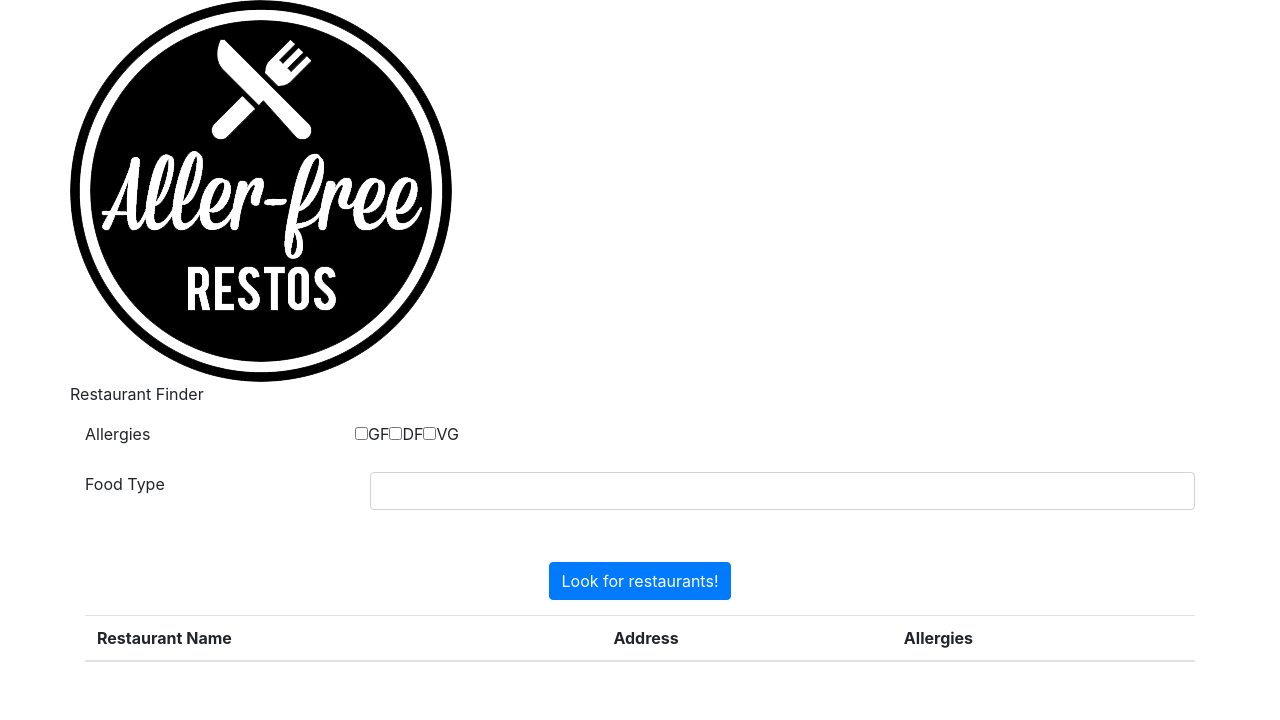
Repository: KobeRox/Loremips
Page: index.html
An editor plug-in stored every save of this project. The page is shown before and after the next save, followed by the edit.
The browser window is 1280 px wide. The pictures show the whole page.
Some web libraries are served in a nearby version.

Above is the page before, as saved 2019-09-08 16:31:36.
Console error: TypeError: Cannot read properties of undefined (reading 'fn')

### index.html
<html>

<head>
    <link rel="stylesheet" src="style.css">
    <link rel="stylesheet" href="https://stackpath.bootstrapcdn.com/bootstrap/4.3.1/css/bootstrap.min.css"
        integrity="sha384-ggOyR0iXCbMQv3Xipma34MD+dH/1fQ784/j6cY/iJTQUOhcWr7x9JvoRxT2MZw1T" crossorigin="anonymous">
    <script src="https://stackpath.bootstrapcdn.com/bootstrap/4.3.1/js/bootstrap.min.js"
        integrity="sha384-JjSmVgyd0p3pXB1rRibZUAYoIIy6OrQ6VrjIEaFf/nJGzIxFDsf4x0xIM+B07jRM"
        crossorigin="anonymous"></script>
    <script src="https://ajax.googleapis.com/ajax/libs/jquery/3.4.1/jquery.min.js"></script>
    <script src="https://code.jquery.com/ui/1.12.1/jquery-ui.min.js"></script>
    <script src="zomato_cuisines.js"></script>
    <script src="zomato_restaurants.js"></script>
    <script src="contractResponse.js"></script>
    <script src="convertDataToHtml.js"></script>
    <script type="text/javascript" charset="utf-8">

        $(document).ready(function () {
            $("#searchbar").autocomplete({
                minLength: 0,
                source: get_cuisineList(),
                focus: function (event, ui) {
                    $("#searchbar").val(ui.item.label);
                    return false;
                },
                select: function (event, ui) {
                    $("#searchbar").val(ui.item.label);
                    return false;
                }
            })

            $("#clicking").click(function () {
                var search = $('#searchbar').val();
                console.log(search)
                var c_list = get_cuisineList();
                console.log(c_list);
                var c_id = get_cuisineId(search);
                console.log(c_id);
                get_restaurants(c_id, function (data) {
                    console.log(data);
                    convertDataToHtml(data);
                });
            });
        });
    </script>
</head>

<body>
    <div class="container">
        <div class="panel-heading">
            <div class="row">
				<div class="col-xs-12">
					<img src="allerfreerestos_logo.png">
				</div>
            </div>
        </div>
        <div class="panel-body">

            <div class="row" style="text-align: center;">
                <p>Restaurant Finder</p>
            </div>
            <div class="row" style="margin-bottom: 10px;">
                <div class="col-xs-3 col-md-3">
                    <p>Allergies</p>
                </div>
                <div class=" col-xs-3 checkbox" style="margin-top: 0px !important">
                    <label>
                        <input type="checkbox" value="apple">GF
                    </label>
                </div>
                <div class=" col-xs-3 checkbox">
                    <label>
                        <input type="checkbox" value="pear">DF
                    </label>
                </div>
                <div class=" col-xs-3 checkbox">
                    <label>
                        <input type="checkbox" value="orange">VG
                    </label>
                </div>
            </div>


            <div class="row" style="margin-bottom: 50px;">
                <div class="col-xs-3 col-md-3">
                    <p>Food Type</p>
                </div>


                <div class="col-xs-9 col-md-9">
                    <input type="text" class="form-control" id='searchbar'>
                </div>

            </div>
            <div class="row" style="text-align: center;">
                <div class="col-xs-12 col-md-12">
                    <button type="button" class="btn btn-primary" style="margin-bottom: 15px;" id="clicking">Look
                        for restaurants!</button>
                </div>
            </div>
        </div>

        <div class="row">
            <div class="col-xs-12 col-md-12">
                <table class="table">
                    <thead>
                        <tr>
                            <th scope="col">Restaurant Name</th>
                            <th scope="col">Address</th>
                            <th scope="col">Allergies</th>
                        </tr>
                    <tbody id="restoResults">

                    </tbody>
                    </thead>
                </table>
            </div>


        </div>
        <!-- <div class="panel-footer"></div> -->
    </div>


</body>

</html>

### zomato_cuisines.js
function get_cuisineId(name){

	for(var i=0; i<list_cuisine.length; i++){
		if (list_cuisine[i]["cuisine"]["cuisine_name"] == name)
			return list_cuisine[i]["cuisine"]["cuisine_id"];
	}
}

function get_cuisineList(){
	var cuisine_names= [];
	for(var i=0; i<6; i++){
		cuisine_names.push(list_cuisine[i]["cuisine"]["cuisine_name"]);
	}
	return cuisine_names;
}
var  list_cuisine = [
        {
            "cuisine": {
                "cuisine_id": 6,
                "cuisine_name": "Afghani"
            }
        },
        {
            "cuisine": {
                "cuisine_id": 152,
                "cuisine_name": "African"
            }
        },
        {
            "cuisine": {
                "cuisine_id": 1,
                "cuisine_name": "American"
            }
        },
        {
            "cuisine": {
                "cuisine_id": 4,
                "cuisine_name": "Arabian"
            }
        },
        {
            "cuisine": {
                "cuisine_id": 151,
                "cuisine_name": "Argentine"
            }
        },
        {
            "cuisine": {
                "cuisine_id": 3,
                "cuisine_name": "Asian"
            }
        },
        {
            "cuisine": {
                "cuisine_id": 401,
                "cuisine_name": "Asian Fusion"
            }
        },
        {
            "cuisine": {
                "cuisine_id": 193,
                "cuisine_name": "BBQ"
            }
        },
        {
            "cuisine": {
                "cuisine_id": 5,
                "cuisine_name": "Bakery"
            }
        },
        {
            "cuisine": {
                "cuisine_id": 227,
                "cuisine_name": "Bar Food"
            }
        },
        {
            "cuisine": {
                "cuisine_id": 132,
                "cuisine_name": "Belgian"
            }
        },
        {
            "cuisine": {
                "cuisine_id": 270,
                "cuisine_name": "Beverages"
            }
        },
        {
            "cuisine": {
                "cuisine_id": 159,
                "cuisine_name": "Brazilian"
            }
        },
        {
            "cuisine": {
                "cuisine_id": 133,
                "cuisine_name": "British"
            }
        },
        {
            "cuisine": {
                "cuisine_id": 247,
                "cuisine_name": "Bubble Tea"
            }
        },
        {
            "cuisine": {
                "cuisine_id": 168,
                "cuisine_name": "Burger"
            }
        },
        {
            "cuisine": {
                "cuisine_id": 1039,
                "cuisine_name": "Cafe Food"
            }
        },
        {
            "cuisine": {
                "cuisine_id": 111,
                "cuisine_name": "Cambodian"
            }
        },
        {
            "cuisine": {
                "cuisine_id": 121,
                "cuisine_name": "Cantonese"
            }
        },
        {
            "cuisine": {
                "cuisine_id": 994,
                "cuisine_name": "Charcoal Chicken"
            }
        },
        {
            "cuisine": {
                "cuisine_id": 25,
                "cuisine_name": "Chinese"
            }
        },
        {
            "cuisine": {
                "cuisine_id": 161,
                "cuisine_name": "Coffee and Tea"
            }
        },
        {
            "cuisine": {
                "cuisine_id": 287,
                "cuisine_name": "Colombian"
            }
        },
        {
            "cuisine": {
                "cuisine_id": 144,
                "cuisine_name": "Contemporary"
            }
        },
        {
            "cuisine": {
                "cuisine_id": 35,
                "cuisine_name": "Continental"
            }
        },
        {
            "cuisine": {
                "cuisine_id": 928,
                "cuisine_name": "Creole"
            }
        },
        {
            "cuisine": {
                "cuisine_id": 881,
                "cuisine_name": "Crepes"
            }
        },
        {
            "cuisine": {
                "cuisine_id": 192,
                "cuisine_name": "Deli"
            }
        },
        {
            "cuisine": {
                "cuisine_id": 100,
                "cuisine_name": "Desserts"
            }
        },
        {
            "cuisine": {
                "cuisine_id": 268,
                "cuisine_name": "Drinks Only"
            }
        },
        {
            "cuisine": {
                "cuisine_id": 985,
                "cuisine_name": "Dumplings"
            }
        },
        {
            "cuisine": {
                "cuisine_id": 38,
                "cuisine_name": "European"
            }
        },
        {
            "cuisine": {
                "cuisine_id": 571,
                "cuisine_name": "Falafel"
            }
        },
        {
            "cuisine": {
                "cuisine_id": 40,
                "cuisine_name": "Fast Food"
            }
        },
        {
            "cuisine": {
                "cuisine_id": 1006,
                "cuisine_name": "Fijian"
            }
        },
        {
            "cuisine": {
                "cuisine_id": 112,
                "cuisine_name": "Filipino"
            }
        },
        {
            "cuisine": {
                "cuisine_id": 271,
                "cuisine_name": "Finger Food"
            }
        },
        {
            "cuisine": {
                "cuisine_id": 298,
                "cuisine_name": "Fish and Chips"
            }
        },
        {
            "cuisine": {
                "cuisine_id": 45,
                "cuisine_name": "French"
            }
        },
        {
            "cuisine": {
                "cuisine_id": 1025,
                "cuisine_name": "Fried Chicken"
            }
        },
        {
            "cuisine": {
                "cuisine_id": 501,
                "cuisine_name": "Frozen Yogurt"
            }
        },
        {
            "cuisine": {
                "cuisine_id": 274,
                "cuisine_name": "Fusion"
            }
        },
        {
            "cuisine": {
                "cuisine_id": 134,
                "cuisine_name": "German"
            }
        },
        {
            "cuisine": {
                "cuisine_id": 156,
                "cuisine_name": "Greek"
            }
        },
        {
            "cuisine": {
                "cuisine_id": 181,
                "cuisine_name": "Grill"
            }
        },
        {
            "cuisine": {
                "cuisine_id": 521,
                "cuisine_name": "Hawaiian"
            }
        },
        {
            "cuisine": {
                "cuisine_id": 143,
                "cuisine_name": "Healthy Food"
            }
        },
        {
            "cuisine": {
                "cuisine_id": 1022,
                "cuisine_name": "Hot Pot"
            }
        },
        {
            "cuisine": {
                "cuisine_id": 228,
                "cuisine_name": "Hungarian"
            }
        },
        {
            "cuisine": {
                "cuisine_id": 233,
                "cuisine_name": "Ice Cream"
            }
        },
        {
            "cuisine": {
                "cuisine_id": 148,
                "cuisine_name": "Indian"
            }
        },
        {
            "cuisine": {
                "cuisine_id": 114,
                "cuisine_name": "Indonesian"
            }
        },
        {
            "cuisine": {
                "cuisine_id": 154,
                "cuisine_name": "International"
            }
        },
        {
            "cuisine": {
                "cuisine_id": 140,
                "cuisine_name": "Iranian"
            }
        },
        {
            "cuisine": {
                "cuisine_id": 135,
                "cuisine_name": "Irish"
            }
        },
        {
            "cuisine": {
                "cuisine_id": 55,
                "cuisine_name": "Italian"
            }
        },
        {
            "cuisine": {
                "cuisine_id": 60,
                "cuisine_name": "Japanese"
            }
        },
        {
            "cuisine": {
                "cuisine_id": 265,
                "cuisine_name": "Jewish"
            }
        },
        {
            "cuisine": {
                "cuisine_id": 1042,
                "cuisine_name": "Jiangnan"
            }
        },
        {
            "cuisine": {
                "cuisine_id": 164,
                "cuisine_name": "Juices"
            }
        },
        {
            "cuisine": {
                "cuisine_id": 178,
                "cuisine_name": "Kebab"
            }
        },
        {
            "cuisine": {
                "cuisine_id": 167,
                "cuisine_name": "Kiwi"
            }
        },
        {
            "cuisine": {
                "cuisine_id": 67,
                "cuisine_name": "Korean"
            }
        },
        {
            "cuisine": {
                "cuisine_id": 1021,
                "cuisine_name": "Korean BBQ"
            }
        },
        {
            "cuisine": {
                "cuisine_id": 136,
                "cuisine_name": "Latin American"
            }
        },
        {
            "cuisine": {
                "cuisine_id": 66,
                "cuisine_name": "Lebanese"
            }
        },
        {
            "cuisine": {
                "cuisine_id": 69,
                "cuisine_name": "Malaysian"
            }
        },
        {
            "cuisine": {
                "cuisine_id": 977,
                "cuisine_name": "Meat Pie"
            }
        },
        {
            "cuisine": {
                "cuisine_id": 70,
                "cuisine_name": "Mediterranean"
            }
        },
        {
            "cuisine": {
                "cuisine_id": 73,
                "cuisine_name": "Mexican"
            }
        },
        {
            "cuisine": {
                "cuisine_id": 137,
                "cuisine_name": "Middle Eastern"
            }
        },
        {
            "cuisine": {
                "cuisine_id": 294,
                "cuisine_name": "Modern European"
            }
        },
        {
            "cuisine": {
                "cuisine_id": 1055,
                "cuisine_name": "Modern New Zealand"
            }
        },
        {
            "cuisine": {
                "cuisine_id": 74,
                "cuisine_name": "Mongolian"
            }
        },
        {
            "cuisine": {
                "cuisine_id": 147,
                "cuisine_name": "Moroccan"
            }
        },
        {
            "cuisine": {
                "cuisine_id": 117,
                "cuisine_name": "Nepalese"
            }
        },
        {
            "cuisine": {
                "cuisine_id": 50,
                "cuisine_name": "North Indian"
            }
        },
        {
            "cuisine": {
                "cuisine_id": 321,
                "cuisine_name": "Pacific"
            }
        },
        {
            "cuisine": {
                "cuisine_id": 139,
                "cuisine_name": "Pakistani"
            }
        },
        {
            "cuisine": {
                "cuisine_id": 209,
                "cuisine_name": "Pan Asian"
            }
        },
        {
            "cuisine": {
                "cuisine_id": 162,
                "cuisine_name": "Peruvian"
            }
        },
        {
            "cuisine": {
                "cuisine_id": 1020,
                "cuisine_name": "Pho"
            }
        },
        {
            "cuisine": {
                "cuisine_id": 82,
                "cuisine_name": "Pizza"
            }
        },
        {
            "cuisine": {
                "cuisine_id": 1019,
                "cuisine_name": "Poké"
            }
        },
        {
            "cuisine": {
                "cuisine_id": 87,
                "cuisine_name": "Portuguese"
            }
        },
        {
            "cuisine": {
                "cuisine_id": 983,
                "cuisine_name": "Pub Food"
            }
        },
        {
            "cuisine": {
                "cuisine_id": 320,
                "cuisine_name": "Ramen"
            }
        },
        {
            "cuisine": {
                "cuisine_id": 1033,
                "cuisine_name": "Roast"
            }
        },
        {
            "cuisine": {
                "cuisine_id": 84,
                "cuisine_name": "Russian"
            }
        },
        {
            "cuisine": {
                "cuisine_id": 998,
                "cuisine_name": "Salad"
            }
        },
        {
            "cuisine": {
                "cuisine_id": 304,
                "cuisine_name": "Sandwich"
            }
        },
        {
            "cuisine": {
                "cuisine_id": 83,
                "cuisine_name": "Seafood"
            }
        },
        {
            "cuisine": {
                "cuisine_id": 831,
                "cuisine_name": "Shanghai"
            }
        },
        {
            "cuisine": {
                "cuisine_id": 128,
                "cuisine_name": "Sichuan"
            }
        },
        {
            "cuisine": {
                "cuisine_id": 119,
                "cuisine_name": "Singaporean"
            }
        },
        {
            "cuisine": {
                "cuisine_id": 85,
                "cuisine_name": "South Indian"
            }
        },
        {
            "cuisine": {
                "cuisine_id": 89,
                "cuisine_name": "Spanish"
            }
        },
        {
            "cuisine": {
                "cuisine_id": 86,
                "cuisine_name": "Sri Lankan"
            }
        },
        {
            "cuisine": {
                "cuisine_id": 141,
                "cuisine_name": "Steak"
            }
        },
        {
            "cuisine": {
                "cuisine_id": 90,
                "cuisine_name": "Street Food"
            }
        },
        {
            "cuisine": {
                "cuisine_id": 177,
                "cuisine_name": "Sushi"
            }
        },
        {
            "cuisine": {
                "cuisine_id": 190,
                "cuisine_name": "Taiwanese"
            }
        },
        {
            "cuisine": {
                "cuisine_id": 179,
                "cuisine_name": "Tapas"
            }
        },
        {
            "cuisine": {
                "cuisine_id": 163,
                "cuisine_name": "Tea"
            }
        },
        {
            "cuisine": {
                "cuisine_id": 981,
                "cuisine_name": "Teppanyaki"
            }
        },
        {
            "cuisine": {
                "cuisine_id": 150,
                "cuisine_name": "Tex-Mex"
            }
        },
        {
            "cuisine": {
                "cuisine_id": 95,
                "cuisine_name": "Thai"
            }
        },
        {
            "cuisine": {
                "cuisine_id": 142,
                "cuisine_name": "Turkish"
            }
        },
        {
            "cuisine": {
                "cuisine_id": 1038,
                "cuisine_name": "Uyghur"
            }
        },
        {
            "cuisine": {
                "cuisine_id": 1034,
                "cuisine_name": "Vegan"
            }
        },
        {
            "cuisine": {
                "cuisine_id": 308,
                "cuisine_name": "Vegetarian"
            }
        },
        {
            "cuisine": {
                "cuisine_id": 641,
                "cuisine_name": "Venezuelan"
            }
        },
        {
            "cuisine": {
                "cuisine_id": 99,
                "cuisine_name": "Vietnamese"
            }
        },
        {
            "cuisine": {
                "cuisine_id": 978,
                "cuisine_name": "Yum Cha"
            }
        }
    ]

### zomato_restaurants.js
function get_restaurants(cuisine_id, callback) {
  $.ajax({
    url:
      "https://developers.zomato.com/api/v2.1/search?city_id=70&cuisines=" +
      cuisine_id,
    type: "GET",
    //d323749b276f5be54a2e776c45a7ad1a
    //b17db59020e7fbe543111e1e6c2e5ecb
    beforeSend: function(xhr) {
      xhr.setRequestHeader("user-key", "d323749b276f5be54a2e776c45a7ad1a");
    },
    success: function(data) {
      callback(convertContract(data));
    }
  });
}

### contractResponse.js
function convertContract(input) {
  var results = [];

  for (var x = 0; x < input.results_shown; x++) {
    results.push({
      restaurantName: input.restaurants[x].restaurant.name,
      address: input.restaurants[x].restaurant.location.address,
      allergies: input.restaurants[x].restaurant.cuisines.split(",")
    });
  }
  return results;
}

### convertDataToHtml.js

function convertDataToHtml(data){
    var html;
    var test2 = document.getElementById('restoResults');
    test2.innerHTML = " ";
    for(var test in data){
        let dataRow = data[test]
        var row = document.createElement('tr');
        for (var property in dataRow) {
            var th = document.createElement('td');
            th.scope = "col";
            th.innerText = dataRow[property];
            row.appendChild(th);
        }
        test2.appendChild(row);
    }
    return html;
}

After the next save:
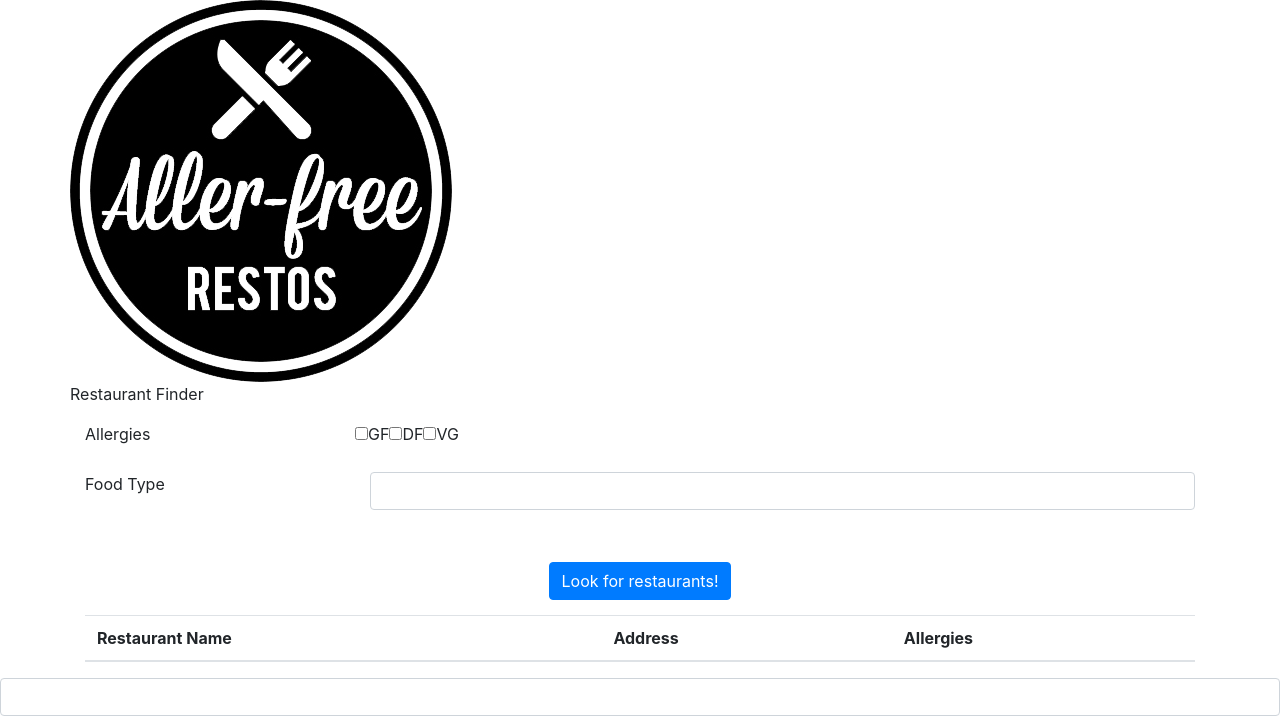
Saved 75 s later.
--- a/index.html
+++ b/index.html
@@ -121,7 +121,7 @@
         <!-- <div class="panel-footer"></div> -->
     </div>
 
-
+    <input type="text" class="form-control" id='searchbar'>
 </body>
 
 </html>
